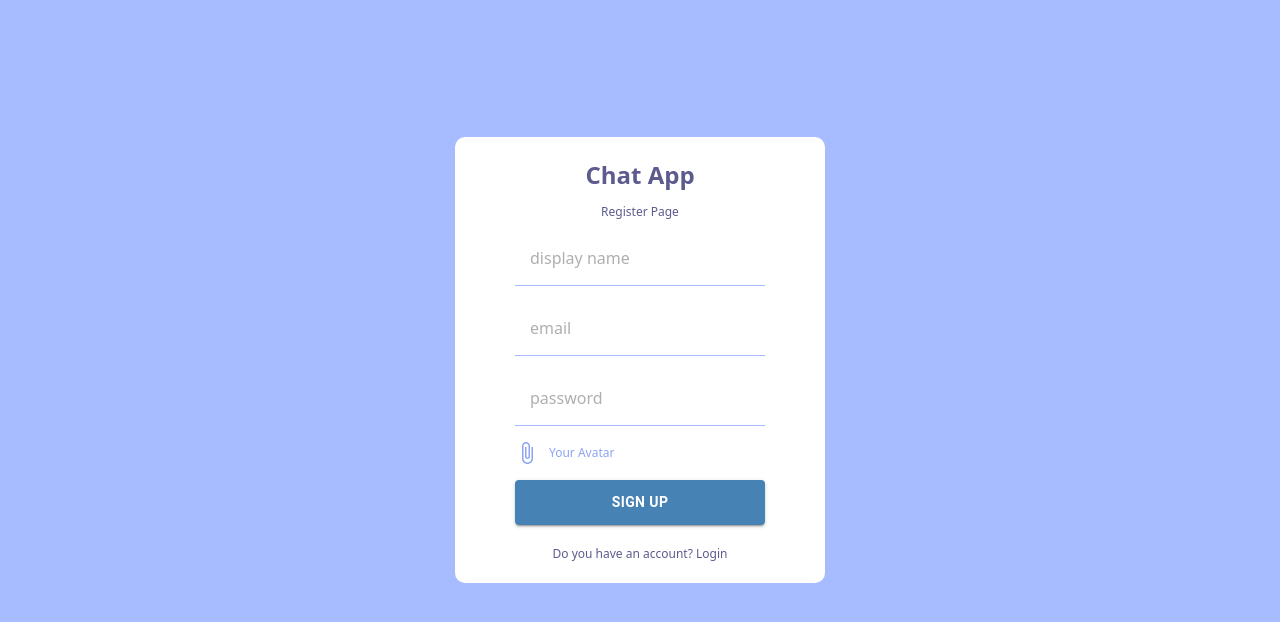
Repository: Nurlan-Bakenbaev/chat-app
Page: /register
These files come from the project's save history. The page is drawn as it stood at one moment and after the next save; the edit follows.
The browser window is 1280 px wide. The pictures show the whole page.
The project was rebuilt for these pictures with package versions that can differ from the ones it lists, and the page was loaded fresh each time. Also part of the build but not shown: vite.config.js, src/components/Search.jsx, src/components/Chats.jsx, src/components/Navbar.jsx, src/components/SideBar.jsx, src/components/Message.jsx, src/components/Messages.jsx, src/components/Input.jsx and 2 more. Imported but missing from the stored project, and not drawn on this page: src/pages/Login.

Above is the page before, as saved 2023-08-23 19:43:08.

### index.html
<!doctype html>
<html lang="en">
  <head>
    <meta charset="UTF-8" />
    <link rel="preconnect" href="https://fonts.googleapis.com">
<link rel="preconnect" href="https://fonts.gstatic.com" crossorigin>
<link href="https://fonts.googleapis.com/css2?family=Montserrat:wght@400;600&display=swap" rel="stylesheet">
    <link rel="icon" type="image/svg+xml" href="/vite.svg" />
    <meta name="viewport" content="width=device-width, initial-scale=1.0" />
    <title>Chat App</title>
  </head>
  <body>
    <div id="root"></div>
    <script type="module" src="/src/main.jsx"></script>
  </body>
</html>

### src/main.jsx
import React from "react";
import ReactDOM from "react-dom/client";
import App from "./App.jsx";
import "./index.css";
import { ChatContextProvider } from "./components/context/ChatContext.jsx";
import { AuthContextProvider } from "./components/context/AuthContext.jsx";
ReactDOM.createRoot(document.getElementById("root")).render(
  <AuthContextProvider>
    <ChatContextProvider>
      <React.StrictMode>
        <App />
      </React.StrictMode>
    </ChatContextProvider>
  </AuthContextProvider>
);

### src/App.jsx
import "./style.scss";
import "./App.css";
import { BrowserRouter, Routes, Route, Navigate } from "react-router-dom";
import Register from "./pages/Register";
import Home from "./pages/Home";
import Login from "./pages/Login";
import { useContext } from "react";
import { AuthContext } from "./components/context/AuthContext";

function App() {
  const { currentUser } = useContext(AuthContext);

  const ProtectedRoute = ({ children }) => {
    if (!currentUser) {
      return <Navigate to="/" />;
    }
    return children;
  };
  return (
    <BrowserRouter>
      <Routes>
        <Route path="/" element={<Login />} />
        <Route path="/register" element={<Register />} />
        <Route
          path="/home"
          index
          element={
            <ProtectedRoute>
              <Home />
            </ProtectedRoute>
          }
        />
      </Routes>
    </BrowserRouter>
  );
}

export default App;

### src/components/context/ChatContext.jsx
import { createContext, useContext, useReducer } from "react";
import { AuthContext } from "./AuthContext";

export const ChatContext = createContext();

export const ChatContextProvider = ({ children }) => {
  const { currentUser } = useContext(AuthContext);
  const INITIAL_STATE = {
    chatId: "null",
    user: {},
  };

  const chatReducer = (state, action) => {
    switch (action.type) {
      case "CHANGE_USER":
        return {
          user: action.payload,
          chatId:
            currentUser.uid > action.payload.uid
              ? currentUser.uid + action.payload.uid
              : action.payload.uid + currentUser.uid,
        };

      default:
        return state;
    }
  };

  const [state, dispatch] = useReducer(chatReducer, INITIAL_STATE);

  return (
    <ChatContext.Provider value={{ data: state, dispatch }}>
      {children}
    </ChatContext.Provider>
  );
};

### src/components/context/AuthContext.jsx
import { createContext, useEffect, useState } from "react";
import { auth } from "../../firebase";
import { onAuthStateChanged } from "firebase/auth";

export const AuthContext = createContext();

export const AuthContextProvider = ({ children }) => {
  const [currentUser, setCurrentUser] = useState({});

  useEffect(() => {
    const unsub = onAuthStateChanged(auth, (user) => {
      setCurrentUser(user);
      console.log(user);
    });

    return () => {
      unsub();
    };
  }, []);

  return (
    <AuthContext.Provider value={{ currentUser }}>
      {children}
    </AuthContext.Provider>
  );
};

### src/style.scss
@mixin mobile {
  @media screen and (max-width: 480px) {
    @content;
  }
}
@mixin tablet {
  @media screen and (max-width: 768px) {
    @content;
  }
}
@mixin laptop {
  @media screen and (max-width: 1200px) {
    @content;
  }
}

.formContainer {
  background-color: #a7bcff;
  height: 100vh;
  display: flex;
  align-items: center;
  justify-content: center;

  .formWrapper {
    background-color: white;
    padding: 20px 60px;
    border-radius: 10px;
    display: flex;
    flex-direction: column;
    gap: 10px;
    align-items: center;

    .logo {
      color: #5d5b8d;
      font-weight: bold;
      font-size: 24px;

    }

    .title {
      color: #5d5b8d;
      font-size: 12px;
    }

    form {
      display: flex;
      flex-direction: column;
      gap: 15px;

      input {
        padding: 15px;
        border: none;
        width: 250px;
        border-bottom: 1px solid #a7bcff;
        &::placeholder {
          color: rgb(175, 175, 175);
        }
      }

      button {
        background-color:steelblue;
        color: white;
        padding: 10px;
        font-weight: bold;
        border: none;
        cursor: pointer;
      }

      label {
        display: flex;
        align-items: center;
        gap: 10px;
        color: #8da4f1;
        font-size: 12px;
        cursor: pointer;

        img {
          width: 32px;
        }
      }
    }
    p {
      color: #5d5b8d;
      font-size: 12px;
      margin-top: 10px;
    }
  }
}

.home {
  background-color: #a7bcff;
  height: 100vh;
  display: flex;
  align-items: center;
  justify-content: center;

  .container {
    border: 1px solid white;
    border-radius: 10px;
    width: 65%;
    height: 80%;
    display: flex;
    overflow: hidden;
    @include tablet {
     width: 90%;
    }

    .sidebar {
      flex: 1;
      background-color: #3e3c61;
      position: relative;

      .navbar {
        display: flex;
        align-items: center;
        background-color: #2f2d52;
        height: 50px;
        padding: 10px;
        justify-content: space-between;
        color: #ddddf7;

        .logo {
          font-weight: bold;
          @include tablet {
            display: none;
          }
        }

        .user {
          display: flex;
          gap: 10px;

          img {
            background-color: #ddddf7;
            height: 24px;
            width: 24px;
            border-radius: 50%;
            object-fit: cover;
          }

          button {
            background-color: #5d5b8d;
            color: #ddddf7;
            font-size: 10px;
            border: none;
            cursor: pointer;
            @include tablet {
              position: absolute;
              bottom: 10px;
            }
          }
        }
      }
      .search {
        border-bottom: 1px solid gray;

        .searchForm {
          padding: 10px;

          input {
            background-color: transparent;
            border: none;
            color: white;
            outline: none;

            &::placeholder {
              color: lightgray;
            }
          }
        }
      }

      .userChat {
        padding: 10px;
        display: flex;
        align-items: center;
        gap: 10px;
        color: white;
        cursor: pointer;

        &:hover {
          background-color: #2f2d52;
        }

        img {
          width: 50px;
          height: 50px;
          border-radius: 50%;
          object-fit: cover;
        }

        .userChatInfo {
          span {
            font-size: 18px;
            font-weight: 500;
          }
          p {
            font-size: 14px;
            color: lightgray;
          }
        }
      }
    }
    .chat {
      flex: 2;

      .chatInfo {
        height: 50px;
        background-color: #5d5b8d;
        display: flex;
        align-items: center;
        justify-content: space-between;
        padding: 10px;
        color: lightgray;
      }

      .chatIcons {
        display: flex;
        gap: 10px;

        img {
          height: 24px;
          cursor: pointer;
        }
      }

      .messages {
        background-color: #ddddf7;
        padding: 10px;
        height: calc(100% - 160px);
        overflow: scroll;

        .message {
          display: flex;
          gap: 20px;
          margin-bottom: 20px;

          .messageInfo {
            display: flex;
            flex-direction: column;
            color: gray;
            font-weight: 300;

            img {
              width: 40px;
              height: 40px;
              border-radius: 50%;
              object-fit: cover;
            }
          }
          .messageContent {
            max-width: 80%;
            display: flex;
            flex-direction: column;
            gap: 10px;

            p {
              background-color: white;
              padding: 10px 20px;
              border-radius: 0px 10px 10px 10px;
              max-width: max-content;
            }

            img {
              width: 50%;
            }
          }

          &.owner {
            flex-direction: row-reverse;

            .messageContent {
              align-items: flex-end;
              p {
                background-color: #8da4f1;
                color: white;
                border-radius: 10px 0px 10px 10px;
              }
            }
          }
        }
      }

      .input {
        height: 50px;
        background-color: white;
        padding: 10px;
        display: flex;
        align-items: center;
        justify-content: space-between;

        input {
          width: 100%;
          border: none;
          outline: none;
          color: #2f2d52;
          font-size: 18px;

          &::placeholder {
            color: lightgray;
          }
        }

        .send {
          display: flex;
          align-items: center;
          gap: 10px;

          img {
            height: 24px;
            cursor: pointer;
          }

          button {
            border: none;
            padding: 10px 15px;
            color: white;
            background-color: #8da4f1;
            cursor: pointer;
          }
        }
      }
    }
  }
}

### src/pages/Register.jsx
import React, { useState } from "react";
import { createUserWithEmailAndPassword, updateProfile } from "firebase/auth";
import { auth, db, storage } from "../firebase";
import { ref, uploadBytesResumable, getDownloadURL } from "firebase/storage";
import { doc, setDoc } from "firebase/firestore";
import { useNavigate, Link } from "react-router-dom";
import AttachFileIcon from "@mui/icons-material/AttachFile";
import { Button } from "@mui/material";
const Register = () => {
  const [err, setErr] = useState(false);
  const [loading, setLoading] = useState(false);
  const navigate = useNavigate();

  const handleSubmit = async (e) => {
    setLoading(true);
    e.preventDefault();
    const displayName = e.target[0].value;
    const email = e.target[1].value;
    const password = e.target[2].value;
    const file = e.target[3].files[0];

    try {
      //Create user
      const res = await createUserWithEmailAndPassword(auth, email, password);

      //Create a unique image name
      const date = new Date().getTime();
      const storageRef = ref(storage, `${displayName + date}`);

      await uploadBytesResumable(storageRef, file).then(() => {
        getDownloadURL(storageRef).then(async (downloadURL) => {
          try {
            //Update profile
            await updateProfile(res.user, {
              displayName,
              photoURL: downloadURL,
            });
            //create user on firestore
            await setDoc(doc(db, "users", res.user.uid), {
              uid: res.user.uid,
              displayName,
              email,
              photoURL: downloadURL,
            });

            //create empty user chats on firestore
            await setDoc(doc(db, "userChats", res.user.uid), {});
            navigate("/home");
          } catch (err) {
            console.log(err);
            setErr(true);
            setLoading(false);
          }
        });
      });
    } catch (err) {
      setErr(true);
      setLoading(false);
    }
  };

  return (
    <div className="formContainer">
      <div className="formWrapper">
        <span className="logo">Chat App</span>
        <span className="title">Register Page</span>
        <form onSubmit={handleSubmit}>
          <input required type="text" placeholder="display name" />
          <input required type="email" placeholder="email" />
          <input required type="password" placeholder="password" />
          <input style={{ display: "none" }} type="file" id="file" />

            <label id="add_file" htmlFor="file">
              <AttachFileIcon />
              <span>Your Avatar</span>
            </label>
          <Button disabled={loading} variant="contained" color="success">
          Sign up
          </Button>
          {loading && "Uploading... "}
          {err && <span>Something went wrong</span>}
        </form>
        <p>
          Do you have an account? <Link to="/register">Login</Link>
        </p>
      </div>
    </div>
  );
};

export default Register;

### src/firebase.js
import { initializeApp } from "firebase/app";
import { getAuth } from "firebase/auth";
import { getFirestore } from "firebase/firestore";
import { getStorage } from "firebase/storage";

// Your web app's Firebase configuration
export const firebaseConfig = {
  apiKey: "AIzaSyBKQxRTlwDtZolWx5tuyYMwL2PQy8U3r-o",
  authDomain: "chatapp-e0ef2.firebaseapp.com",
  projectId: "chatapp-e0ef2",
  storageBucket: "chatapp-e0ef2.appspot.com",
  messagingSenderId: "155506867969",
  appId: "1:155506867969:web:94a613e7a42d1561806500",
};

// Initialize Firebase
export const app = initializeApp(firebaseConfig);
export const auth = getAuth();
export const storage = getStorage();
export const db = getFirestore();

Loaded but not shown: src/index.css (common file); src/App.css (common file); tailwind.config.js (common file)

After the next save:
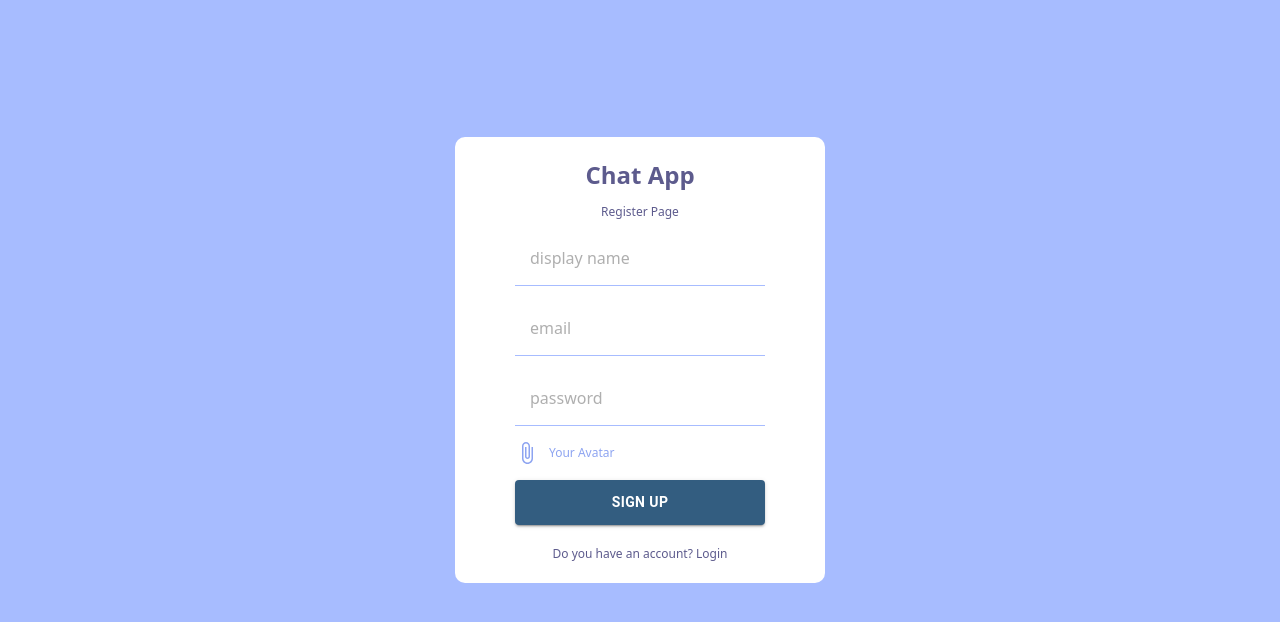
Saved 5 s later.
--- a/src/style.scss
+++ b/src/style.scss
@@ -58,7 +58,7 @@
       }
 
       button {
-        background-color:steelblue;
+        background-color:rgb(51, 93, 128);
         color: white;
         padding: 10px;
         font-weight: bold;
